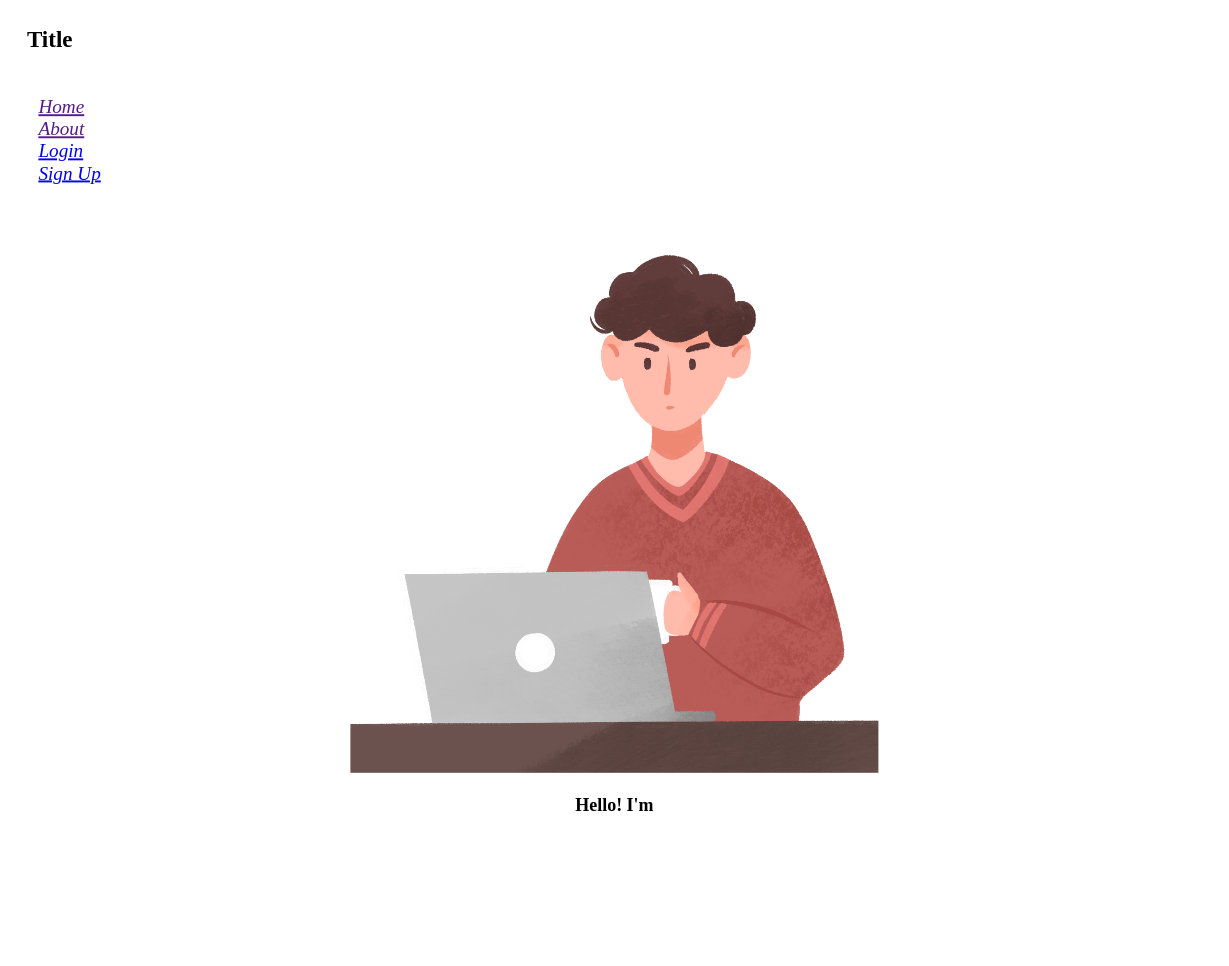
Repository: beruzz/ezen
Page: http://localhost/introduce/
The author's editor kept a copy of each file at every save. The page is drawn from the files as they stood at one save, then again after the next save.
The browser window is 1280 px wide. The pictures show the whole page, at 96% of full size.
The page is served by Tomcat 9. Other server files are loaded and not shown.

Above is the page before, as saved 2022-12-12 11:32:07.

### JSP_Board&Member/introduce/src/main/webapp/index.jsp
<%@ page language="java" contentType="text/html; charset=UTF-8"
    pageEncoding="UTF-8"%>
<%@ taglib uri = "http://java.sun.com/jsp/jstl/core" prefix="c" %>
<!DOCTYPE html>
<html>
<head>
<meta charset="UTF-8">
<title>Insert title here</title>
<style>
	header {
  		display: flex;
  		justify-content: space-between;
  		align-items: center;
  		list-style: none;
	}
	header > h2 {
		margin-left:20px;
	}
	.one {
    	background-size: cover;
    	text-align: center;
    	padding-top: 180px;
    	padding-bottom: 130px;
	}
	ul {
		list-style: none;
	}
	.menu{
		font-size: 20px;
    	font-style: italic;
    	align-items: center;
    	padding-top: 80px;
   	    position: fixed;
    	top: 0;
    	left: 0;
    	right: 0;
    	height: 80px;
    	display: inline;
	}

</style>
</head>
<body>
	<header id="header">
	<h2>Title</h2>
		<nav class="menu">
			<ul>
				<li><a href="">Home</a></li>
				<li><a href="">About</a></li>
				<li><a href="/mc/login">Login</a></li>
				<li><a href="/mc/join">Sign Up</a></li>
			</ul>
		</nav>
	</header>
		<div class="one">
        	<span class="profile"><img src="./images/me.png" width="550px;" height="550px" alt=""></span>
        	<h3><strong>Hello! I'm </strong><br></h3>
      	</div>
</body>
</html>

After the next save:
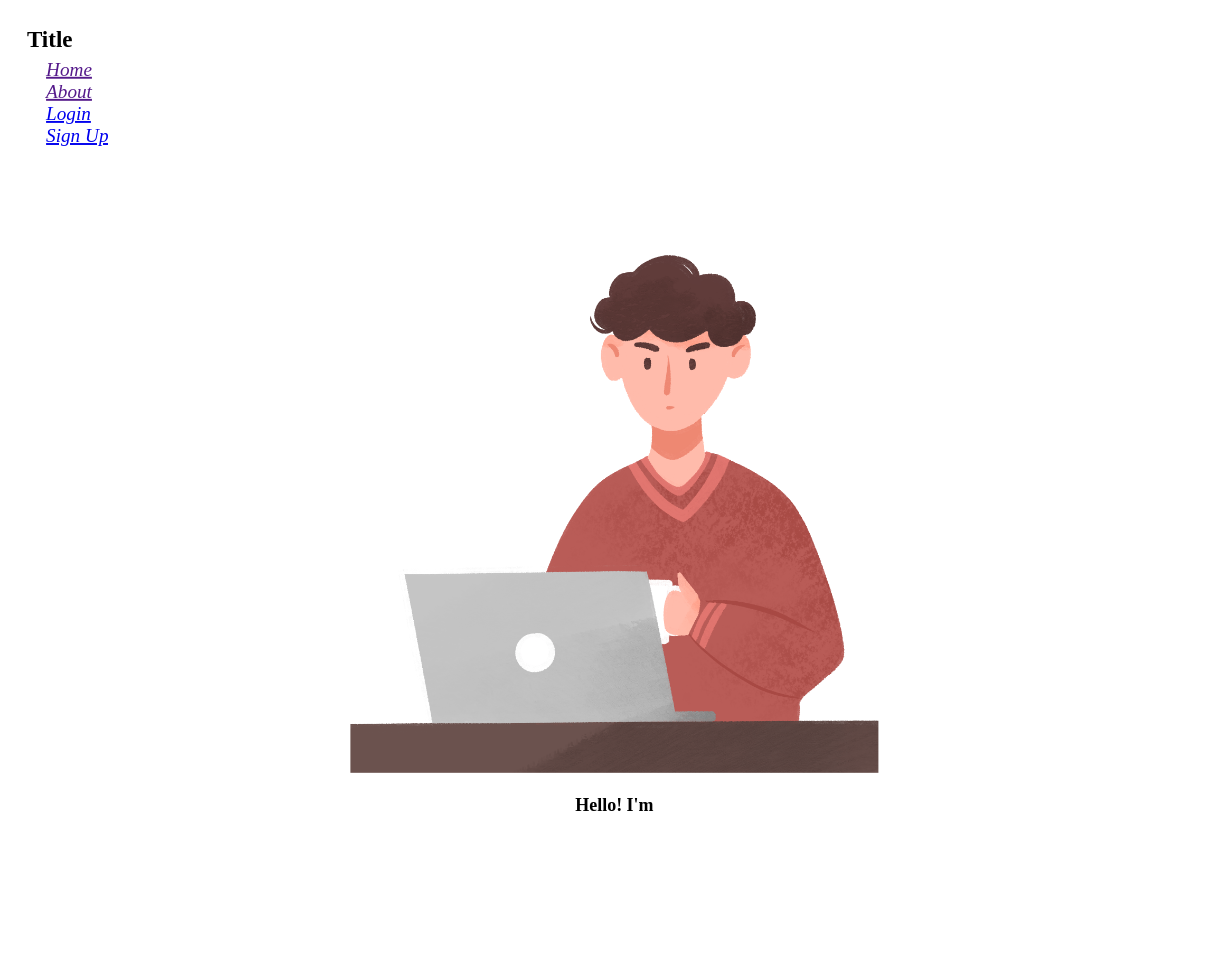
Saved 23 s later.
--- a/JSP_Board&Member/introduce/src/main/webapp/index.jsp
+++ b/JSP_Board&Member/introduce/src/main/webapp/index.jsp
@@ -31,9 +31,6 @@
     	align-items: center;
     	padding-top: 80px;
    	    position: fixed;
-    	top: 0;
-    	left: 0;
-    	right: 0;
     	height: 80px;
     	display: inline;
 	}
